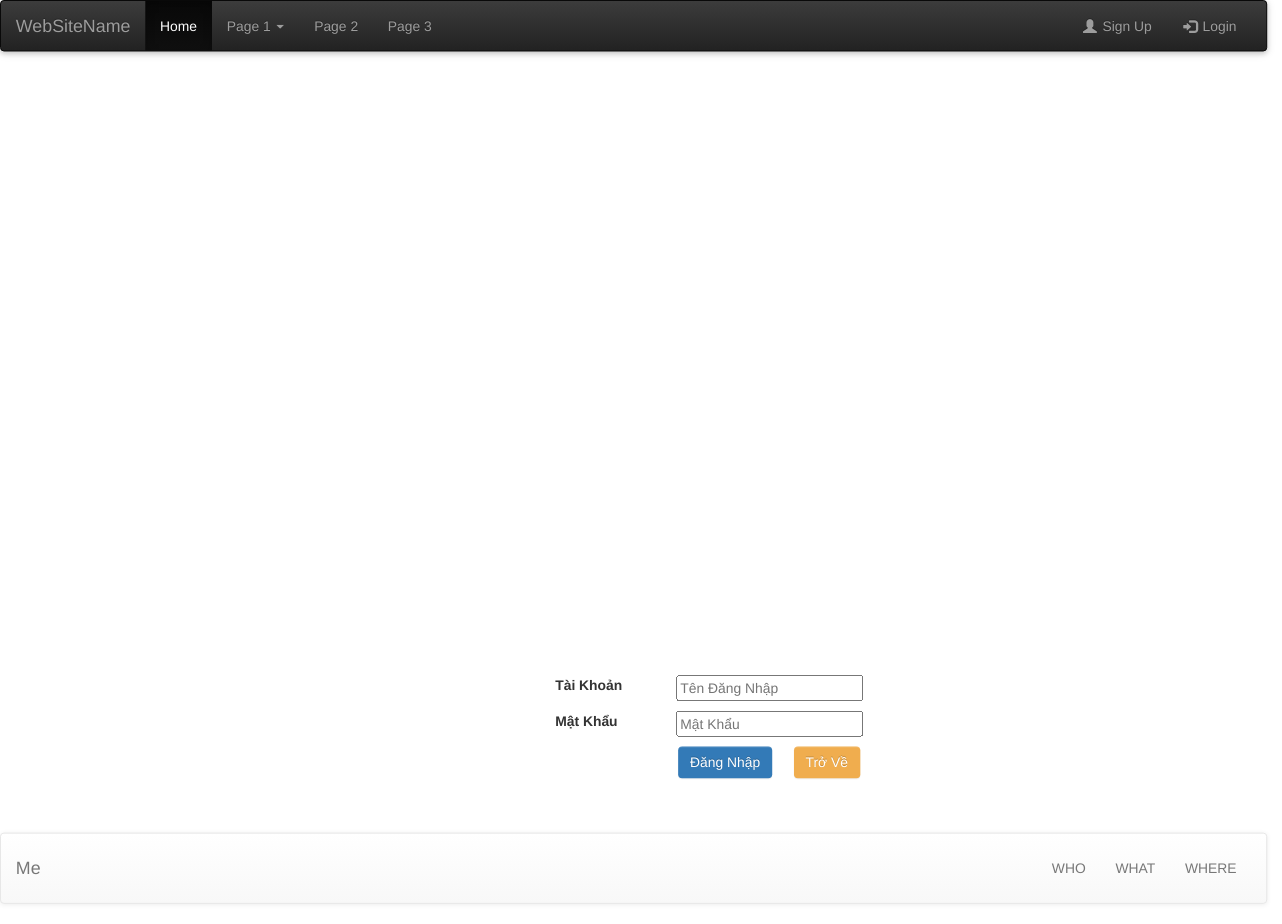
Repository: chickenoken/LuanAn
Page: http://localhost/net/WEB-INF/pages/Login.jsp
These files come from the project's save history. The page is drawn as it stood at one moment and after the next save; the edit follows.
The browser window is 1280 px wide. The page is 1295 px wide, so the pictures cover 1295 px, including what lies to the right of the window. The pictures show the whole page, at 99% of full size.
Some web libraries are served in a nearby version. The page is served by Tomcat 9. Nobody is signed in. Other server files are loaded and not shown. The template is opened directly, without the code that normally fills it, so the values that code supplies are empty.

Above is the page before, as saved 2019-06-13 11:52:08.

### net/src/main/webapp/WEB-INF/pages/Login.jsp
<%@ page language="java" contentType="text/html; charset=UTF-8" pageEncoding="UTF-8"%>
<%@taglib prefix="c" uri="http://java.sun.com/jsp/jstl/core" %>
<!DOCTYPE html>
<html>
<script src="https://ajax.googleapis.com/ajax/libs/angularjs/1.7.8/angular.min.js"></script>
<script type="text/javascript" src="<c:url value="/resources/js/login.js" />"></script>
<style>
div.hidden
{
   display: none
}
</style>

   <head>
      <title>Login-Net</title>
      <%@include file="/WEB-INF/views/Header.jsp"%>
  </head>
   <body>
   <div style="height : 450px;"></div>
     <div id="page" class="hidden">
	     <div ng-app="myApp" ng-controller="myCtrl">
	       <div class="row" style="padding-top : 160px;">
	         <div clas="form-group col-xs-5 col-md-7 col-lg-9 vcenter" >
	           <div class="col-md-offset-5 col-md-7">
	             <div class="col-md-2"><label>Tài Khoản</label></div>
	             <div class="col-md-10"><input type="text" ng-model="model.form.login.taiKhoan" placeholder="Tên Đăng Nhập" ></div>
	           </div>
	           <div class="col-md-offset-5 col-md-7 p-t-10">
	             <div class="col-md-2"><label>Mật Khẩu</label></div>
	             <div class="col-md-10"><input type="password" ng-model="model.form.login.matKhau" placeholder="Mật Khẩu" ></div>
	           </div>
	         </div>
	         <div ng-if="model.hidden.isShow">
	            <div class="alert alert-danger">
	              <strong>Lỗi !</strong> Sai tên đăng nhập hoặc mật khẩu
	            </div>
	          </div>
	         <div class="form-group col-md-offset-6 col-md-6 p-t-10 p-l-30">
	           <div class="col-md-2">
	             <button class="btn btn-primary" ng-click="dangNhap()">Đăng Nhập</button>
	           </div>
	           <div class="col-md-3 p-l-30">
	             <button class="btn btn-warning" ng-click="troVe()">Trở Về</button>
	           </div>
	         </div>
	       </div>
	     </div>
     </div>
      <%@include file="/WEB-INF/views/Footer.jsp"%>
   </body>
</html>

### net/src/main/webapp/WEB-INF/views/Header.jsp
<link href="<c:url value="/resources/css/layout/my-styles.css" />" rel="stylesheet" type="text/css">
<link href="<c:url value="/resources/css/layout/blue.css" />" rel="stylesheet" type="text/css">
<link href="<c:url value="/resources/css/layout/components-md.css" />" rel="stylesheet" type="text/css">
<link href="<c:url value="/resources/css/layout/exexlayout.css" />" rel="stylesheet" type="text/css">
<link href="<c:url value="/resources/css/layout/materialize-icon.css" />" rel="stylesheet" type="text/css">
<link href="<c:url value="/resources/css/layout/plugins-md.css" />" rel="stylesheet" type="text/css">
<link href="<c:url value="/resources/css/layout/vi.css" />" rel="stylesheet" type="text/css">
<link href="<c:url value="/resources/css/layout/vendors.css" />" rel="stylesheet" type="text/css">
<link href="<c:url value="/resources/css/layout/new-style.css" />" rel="stylesheet" type="text/css">
<link href="<c:url value="/resources/css/layout/sms-bootstrap.css" />" rel="stylesheet" type="text/css">

<script src="https://ajax.googleapis.com/ajax/libs/jquery/3.4.0/jquery.min.js"></script>
<link rel="stylesheet" href="https://maxcdn.bootstrapcdn.com/bootstrap/3.3.7/css/bootstrap.min.css" integrity="sha384-BVYiiSIFeK1dGmJRAkycuHAHRg32OmUcww7on3RYdg4Va+PmSTsz/K68vbdEjh4u" crossorigin="anonymous">
<link rel="stylesheet" href="https://maxcdn.bootstrapcdn.com/bootstrap/3.3.7/css/bootstrap-theme.min.css" integrity="sha384-rHyoN1iRsVXV4nD0JutlnGaslCJuC7uwjduW9SVrLvRYooPp2bWYgmgJQIXwl/Sp" crossorigin="anonymous">
<head>
  <meta charset="utf-8">
  <meta name="viewport" content="width=device-width, initial-scale=1">
</head>
<body>

<nav class="navbar navbar-inverse">
  <div class="container-fluid">
    <div class="navbar-header">
      <button type="button" class="navbar-toggle" data-toggle="collapse" data-target="#myNavbar">
        <span class="icon-bar"></span>
        <span class="icon-bar"></span>
        <span class="icon-bar"></span>
      </button>
      <a class="navbar-brand" href="#">WebSiteName</a>
    </div>
    <div class="collapse navbar-collapse" id="myNavbar">
      <ul class="nav navbar-nav">
        <li class="active"><a href="#">Home</a></li>
        <li class="dropdown">
          <a class="dropdown-toggle" data-toggle="dropdown" href="#">Page 1 <span class="caret"></span></a>
          <ul class="dropdown-menu">
            <li><a href="#">Page 1-1</a></li>
            <li><a href="#">Page 1-2</a></li>
            <li><a href="#">Page 1-3</a></li>
          </ul>
        </li>
        <li><a href="#">Page 2</a></li>
        <li><a href="#">Page 3</a></li>
      </ul>
      <ul class="nav navbar-nav navbar-right">
        <li><a href="#"><span class="glyphicon glyphicon-user"></span> Sign Up</a></li>
        <li><a href="#"><span class="glyphicon glyphicon-log-in"></span> Login</a></li>
      </ul>
    </div>
  </div>
</nav>

### net/src/main/webapp/WEB-INF/views/Footer.jsp
<br/><br/>
<style>
#footer {
    clear: both;
    position: relative;
    height: 200px;
    margin-top: -200px;
}
</style>

<footer>
	<nav class="navbar navbar-default">
	  <div class="container">
	    <div class="navbar-header">
	      <button type="button" class="navbar-toggle" data-toggle="collapse" data-target="#myNavbar">
	        <span class="icon-bar"></span>
	        <span class="icon-bar"></span>
	        <span class="icon-bar"></span>
	      </button>
	      <a class="navbar-brand" href="#">Me</a>
	    </div>
	    <div class="collapse navbar-collapse" id="myNavbar">
	      <ul class="nav navbar-nav navbar-right">
	        <li><a href="#">WHO</a></li>
	        <li><a href="#">WHAT</a></li>
	        <li><a href="#">WHERE</a></li>
	      </ul>
	    </div>
	  </div>
	</nav>
</footer>
<script type="text/javascript" src="<c:url value="/resources/jsLib/StringUtils.js" />"></script>

### net/src/main/webapp/resources/css/layout/vi.css
body, h1, h2, h3, h4, h5, h6 {
  font-family: Tahoma,"Helvetica Neue",Helvetica,Arial,sans-serif;
}

.badge, .btn, .dashboard-stat .more, .dashboard-stat2 .display .number small, .dashboard-stat2 .progress-info .status, .dropdown-menu-v2>li>a, .icon-btn>div, .label, .table.table-light>thead>tr.uppercase, .widget-tab .nav-tabs>li>a {
  text-transform: none;
}

button, input, select, textarea, .dropdown-menu {
  font-family: Tahoma,"Helvetica Neue",Helvetica,Arial,sans-serif;
}

button[ng-click*="checkPostNumber"]{
  display: none;
}

.page-header.navbar .hor-menu .navbar-nav>li.mega-menu-dropdown>.dropdown-menu .mega-menu-content .mega-menu-submenu li>a{
  font-family: Tahoma,"Helvetica Neue",Helvetica,Arial,sans-serif;
}

.label, .table.table-light>thead>tr>th {
    font-family: Tahoma,"Helvetica Neue",Helvetica,Arial,sans-serif;
}

Loaded but not shown: net/src/main/webapp/resources/css/layout/my-styles.css (library); net/src/main/webapp/resources/css/layout/components-md.css (library); net/src/main/webapp/resources/css/layout/materialize-icon.css (library); net/src/main/webapp/resources/css/layout/vendors.css (library); net/src/main/webapp/resources/jsLib/StringUtils.js (239 lines, source omitted); net/src/main/webapp/resources/js/login.js (61 lines, source omitted); net/src/main/webapp/resources/css/layout/exexlayout.css (3119 lines, source omitted); net/src/main/webapp/resources/css/layout/blue.css (1120 lines, source omitted); net/src/main/webapp/resources/css/layout/plugins-md.css (1762 lines, source omitted); net/src/main/webapp/resources/css/layout/new-style.css (1150 lines, source omitted); net/src/main/webapp/resources/css/layout/sms-bootstrap.css (1024 lines, source omitted)

After the next save:
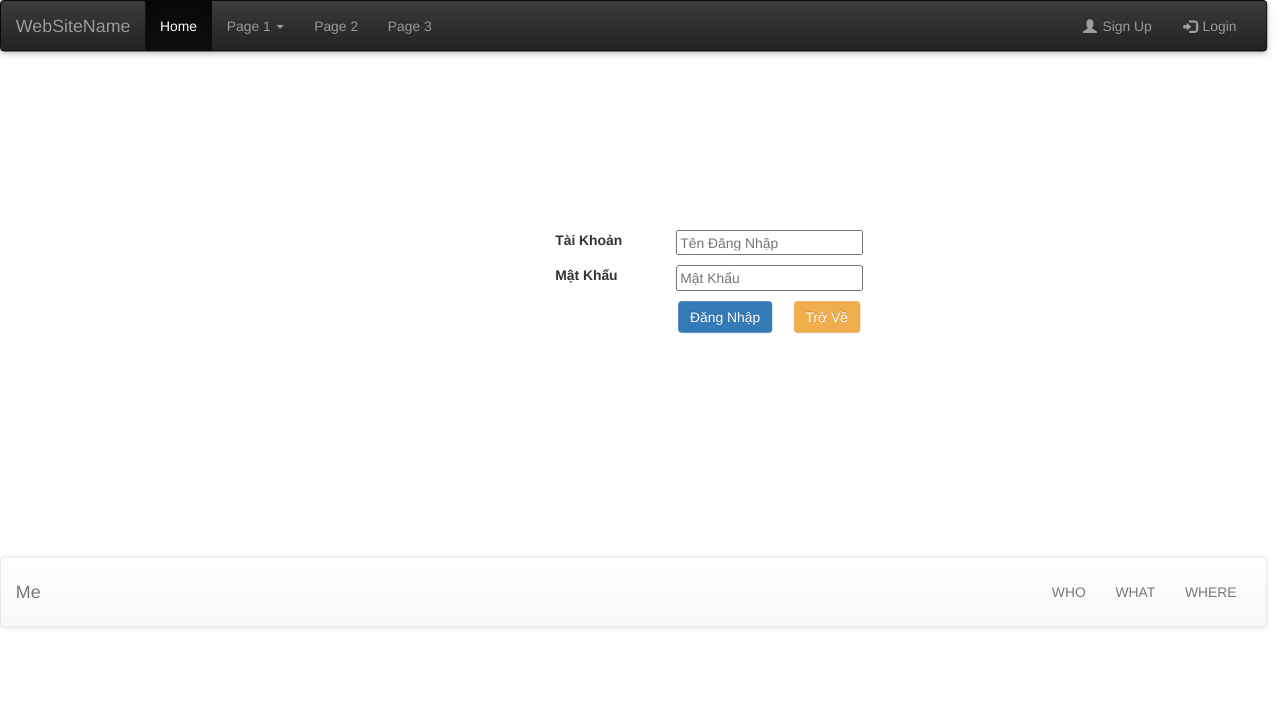
Saved 6 s later.
--- a/net/src/main/webapp/WEB-INF/pages/Login.jsp
+++ b/net/src/main/webapp/WEB-INF/pages/Login.jsp
@@ -16,7 +16,7 @@ div.hidden
       <%@include file="/WEB-INF/views/Header.jsp"%>
   </head>
    <body>
-   <div style="height : 450px;"></div>
+   <div style="height : 450px;">
      <div id="page" class="hidden">
 	     <div ng-app="myApp" ng-controller="myCtrl">
 	       <div class="row" style="padding-top : 160px;">
@@ -46,6 +46,7 @@ div.hidden
 	       </div>
 	     </div>
      </div>
+     </div>
       <%@include file="/WEB-INF/views/Footer.jsp"%>
    </body>
 </html>
